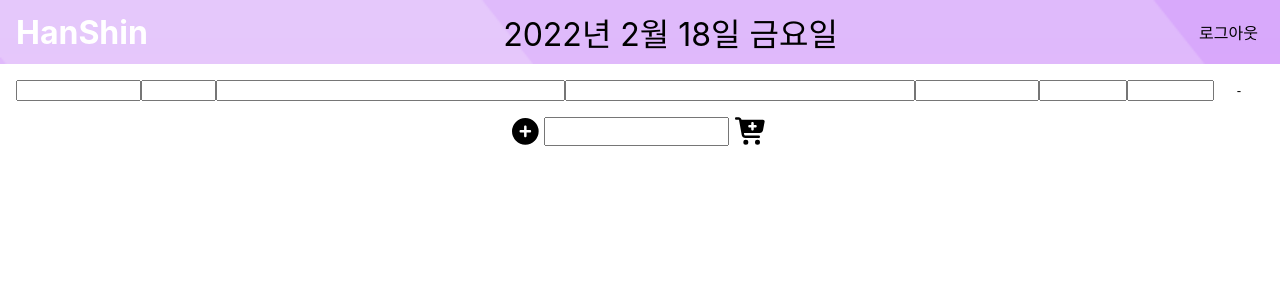
Repository: SeungYn/hanshinClient
Page: /add
These files come from the project's save history. The page is drawn as it stood at one moment and after the next save; the edit follows.
The browser window is 1280 px wide. The pictures show the whole page.
The project was rebuilt for these pictures with package versions that can differ from the ones it lists, and the page was loaded fresh each time. Also part of the build but not shown: src/App.css, src/components/item/item.jsx, src/components/package/package.module.css, src/components/package/package.jsx.

Above is the page before, as saved 2022-02-20 02:50:52.

After the next save:
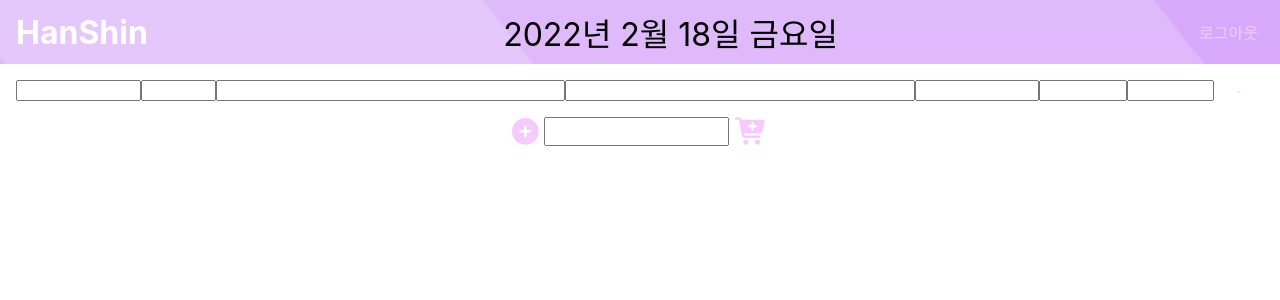
Saved 83 s later.
--- a/src/addboxs/addBoxs.module.css
+++ b/src/addboxs/addBoxs.module.css
@@ -19,6 +19,7 @@
 button {
   background-color: transparent;
   border: none;
+  color: #f7cafd;
 }
 
 .bottomBtn {
